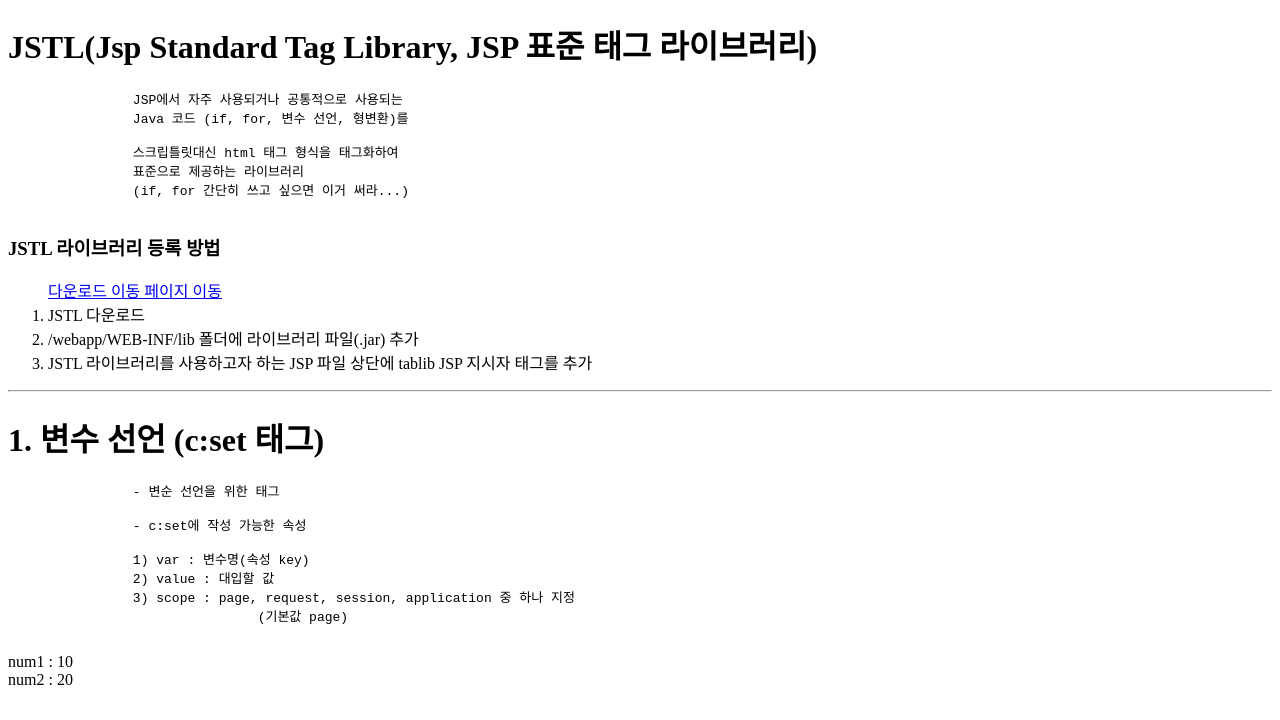
Repository: ahnjaeyoun/6_Server
Page: http://localhost/JSPProject2/jstl/main
These files come from the project's save history. The page is drawn as it stood at one moment and after the next save; the edit follows.
The browser window is 1280 px wide. The pictures show the whole page.
The page is served by Tomcat 9.

Above is the page before, as saved 2023-09-19 03:29:35.

After the next save:
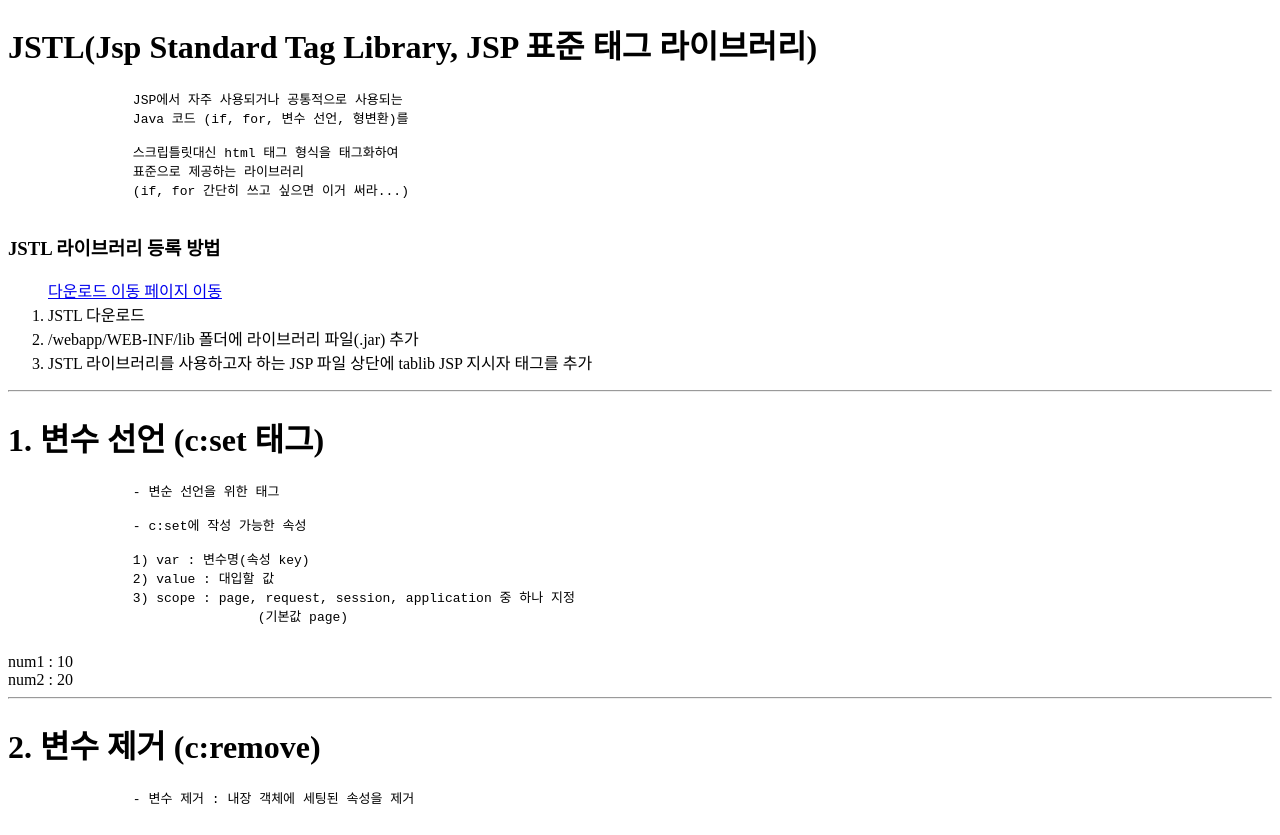
Saved 113 s later.
--- a/JSPProject2/src/main/webapp/WEB-INF/views/jstl/main.jsp
+++ b/JSPProject2/src/main/webapp/WEB-INF/views/jstl/main.jsp
@@ -84,6 +84,13 @@
 	<br>
 	num2 : ${ num2 }
 
+	<hr>
+
+	<h1>2. 변수 제거 (c:remove)</h1>
+	<pre>
+		- 변수 제거 : 내장 객체에 세팅된 속성을 제거
+	</pre>
+
 
 
 
